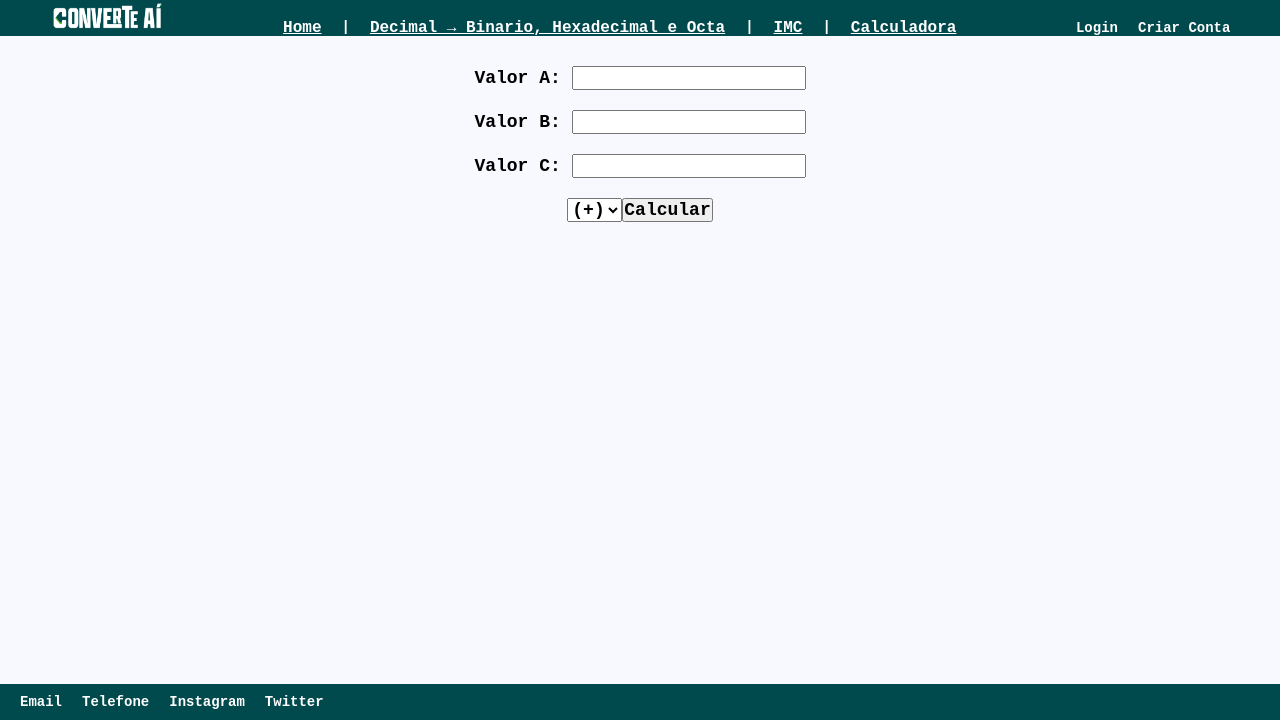
Repository: Frav1u/converteai
Page: ConverteAi/src/main/webapp/calculadora.html
The author's editor kept a copy of each file at every save. The page is drawn from the files as they stood at one save, then again after the next save.
The browser window is 1280 px wide. The pictures show the whole page.
Some web fonts or font styles are not loaded; a fallback is used.

Above is the page before, as saved 2023-10-01 20:49:58.

### ConverteAi/src/main/webapp/calculadora.html
<!DOCTYPE html>
<html>
<head>
	<meta charset="UTF-8">
<title>Decimal Para Binario</title>
<link href="https://fonts.googleapis.com/css2?family=Inter:wght@400;700&family=Space+Mono:wght@400;700&display=swap"
        rel="stylesheet">
    <link rel="stylesheet" href="stylecalculadora.css">
</head>
<body>
		<header>
		<img class="img" src="logo.png">

		<nav>
			<ul class="menu">
				<li><a href="home.html">Home</a></li>
				<li>  |  </li>
				<li><a href="decimalParaBinario.html">Decimal → Binario, Hexadecimal e Octa</a></li>
				<li>  |  </li>
				<li><a href="imc.html">IMC</a></li>
				<li>  |  </li>
				<li><a href="calculadora.html">Calculadora</a></li>
			</ul>
		</nav>
			<ul class="conta">
			<li>Login</li>
			<li>Criar Conta</li>
		</ul>
	</header>
	<main>
	<form action= "Resultado.jsp" method = "get">

		<label>Valor A: </label>
		<input type="text" name="ValorA"><br>
		<br>
		<label>Valor B: </label>
		<input type="text" name="ValorB"><br>
		<br>
		<label>Valor C: </label>
		<input type="text" name="ValorC"><br>
		<br>
	<select name = "opcao"> <br>
    <option value = "+">(+)</option>
    <option value = "-">(-)</option>
    <option value = "*">(*)</option>
   		 <option value = "/">(/)</option>

		</select><input type="Submit" value="Calcular">

	</main>
	<footer>
		<ul class="contatos">
			<li>Email</li>
			<li>Telefone</li>
			<li>Instagram</li>
			<li>Twitter</li>
		</ul>

	</footer>
</body>

</html>

### ConverteAi/src/main/webapp/stylecalculadora.css

* {
    margin: 0;
    padding: 0;
    box-sizing: border-box;
    font-family: 'Apotek Bold', monospace;
    font-weight: 600;
    font-size: 18px;
    outline: none;
}

body{
	background-color:  ghostwhite
}

li{
	font-size: 14px;
	margin-left: 20px;

}

header{
	background-color: hsl(183, 100%, 15%);
	color: white;
	height: 5vh;
    color: inherit;
    display: flex;
    display: flex;
    justify-content: center;
    align-items: center;
    justify-content: space-evenly;
}

.contatos{
	display: flex;
	list-style: none;
}

.proposito{
	width: 55ch;
	margin: 20px auto;
}


.logo{
	color: white;
}
.menu{
	color: white;
	display: flex;
	margin-top: 20px;
	margin-left: 50px;
	list-style: none;

}

.conta{
	color: white;
	display: flex;
	margin-top: 20px;
	margin-left: 50px;
	list-style: none;
}

.menu a {
	color: white;
	font-size: 16px;

}



nav{
	display: flex;
	justify-content: center;
	align-items: center;
}


main{
	height: 90vh;
	text-align: center;
	padding-top: 30px;
}



.updates{
	margin: 20px auto;
	list-style: none;

}

.img{
	width: 114px;
}

footer{
	background-color: hsl(183, 100%, 15%);
	color: white;
	height: 5vh;
    padding-top: 10px;
}

.gif{
	background-color: hsl(183, 100%, 15%);
	width: 1020px;
	margin: auto;
	border-radius: 40px;
}

h2{
	padding-top: 20px;
}

After the next save:
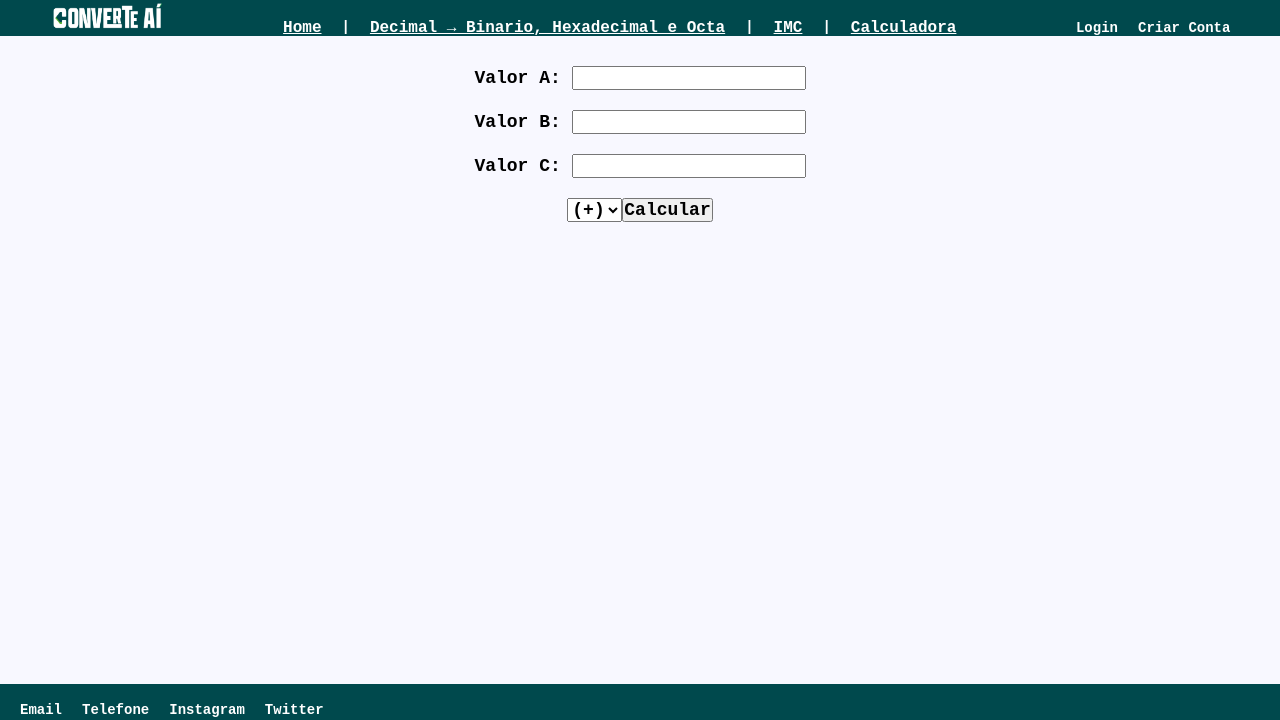
Saved 22 s later.
--- a/ConverteAi/src/main/webapp/stylecalculadora.css
+++ b/ConverteAi/src/main/webapp/stylecalculadora.css
@@ -99,7 +99,7 @@ footer{
 	background-color: hsl(183, 100%, 15%);
 	color: white;
 	height: 5vh;
-    padding-top: 10px;
+    padding-top: 18px;
 }
 
 .gif{
